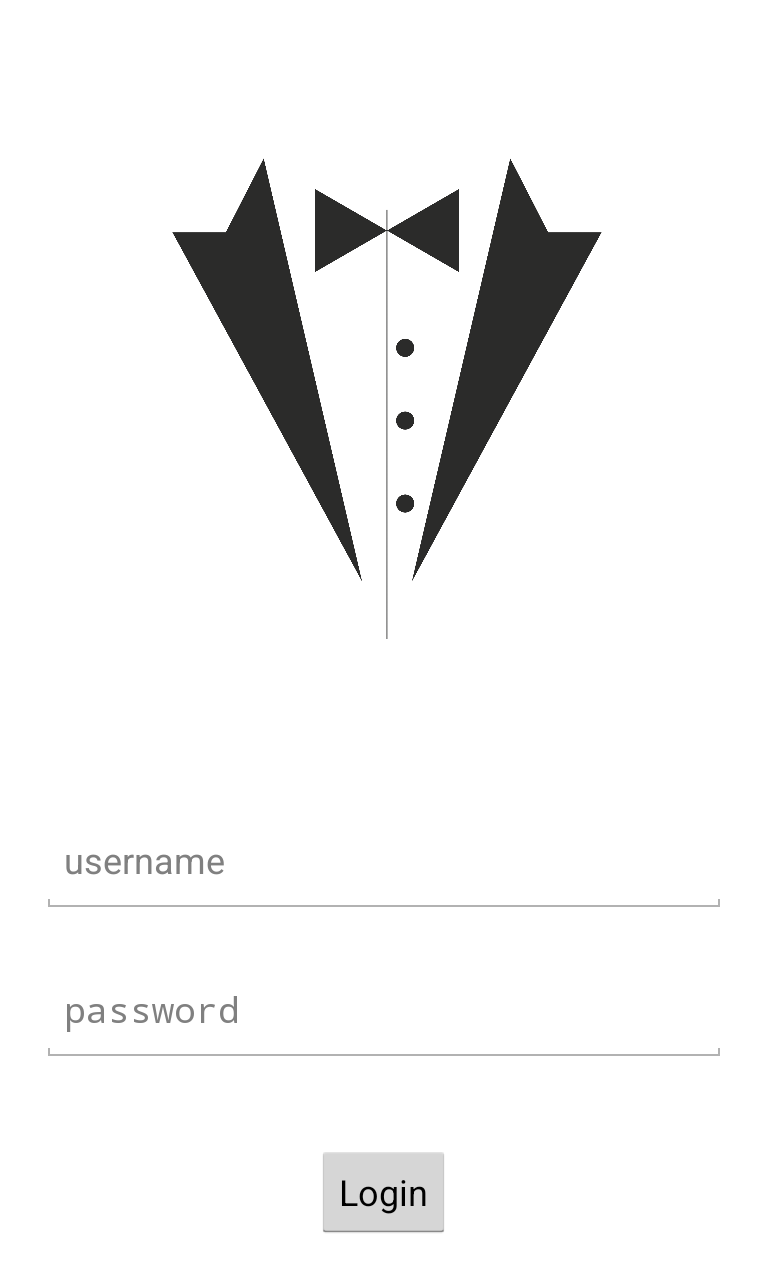
Repository: oszalex/SpryAndroid
Layout: android/Bro/res/layout/activity_main.xml
The author's editor kept a copy of each file at every save. The layout is drawn from the files as they stood at one save, then again after the next save.
It is drawn on a 768 x 1280 px phone screen (xhdpi) without system bars, with theme AppTheme; the app's code is not run.

Above is the layout before, as saved 2014-01-21 16:35:03.

After the next save:
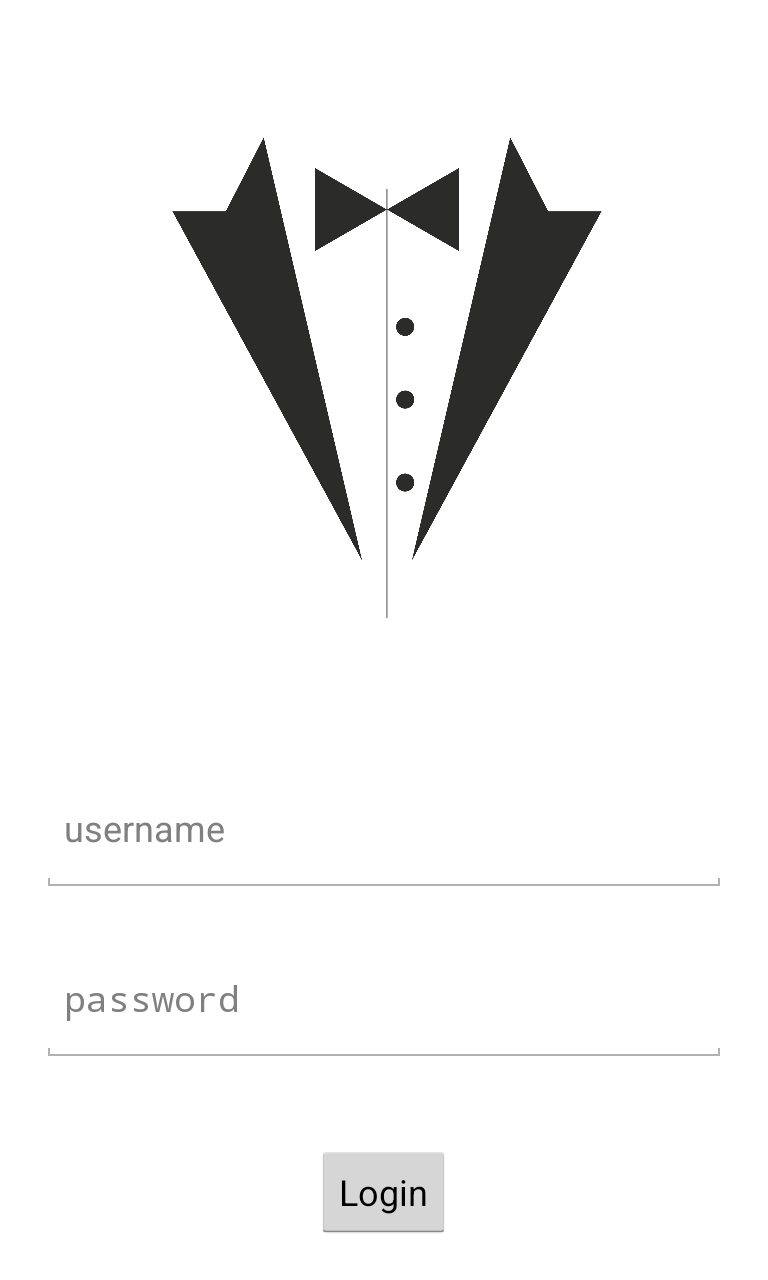
Saved 103 s later.
--- a/android/Bro/res/layout/activity_main.xml
+++ b/android/Bro/res/layout/activity_main.xml
@@ -9,7 +9,7 @@
         android:layout_width="256dp"
         android:layout_height="256dp"
         android:layout_gravity="center_horizontal"
-        android:layout_weight="3"
+        android:layout_weight="2"
         android:contentDescription="@string/logo_description"
         android:src="@drawable/logo" />
 
